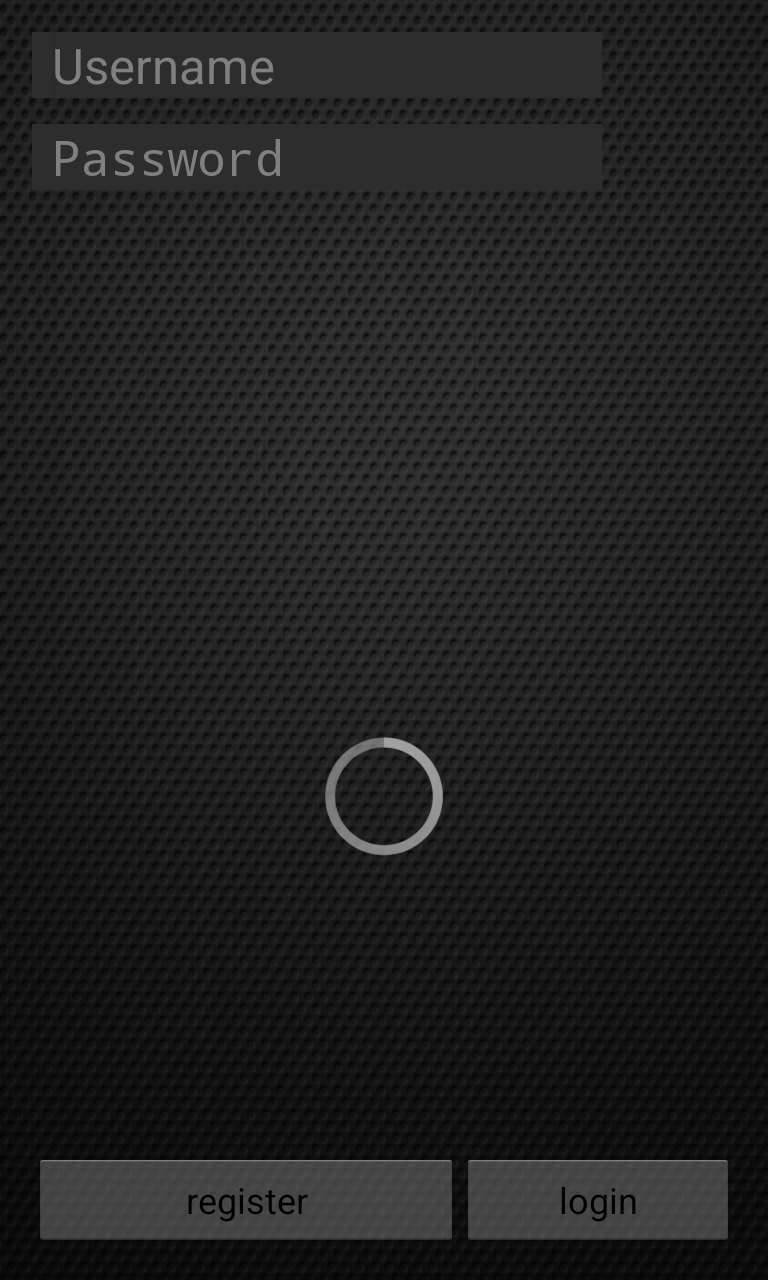
Repository: Jafnee/Android-Walking-Tour
Layout: SRC/Drafts/0.3/fuzzyNinja/PathFinder/res/layout/activity_login.xml
These files come from the project's save history. The layout is drawn as it stood at one moment and after the next save; the edit follows.
It is drawn on a 768 x 1280 px phone screen (xhdpi) without system bars, with theme AppTheme; the app's code is not run.

Above is the layout before, as saved 2013-12-13 00:17:30.

### SRC/Drafts/0.3/fuzzyNinja/PathFinder/res/layout/activity_login.xml
<!--
 - Author: Joshua C Moss
 - Date Created:
 - Date Last Modified:
 - Co Authors:
 - *
 - *
 -->

<RelativeLayout xmlns:android="http://schemas.android.com/apk/res/android"
    xmlns:tools="http://schemas.android.com/tools"
    android:layout_width="match_parent"
    android:layout_height="match_parent"
    android:background="@drawable/backgroundlayer"
    android:gravity="bottom"
    android:paddingBottom="@dimen/activity_vertical_margin"
    android:paddingLeft="@dimen/activity_horizontal_margin"
    android:paddingRight="@dimen/activity_horizontal_margin"
    android:paddingTop="@dimen/activity_vertical_margin"
    tools:context=".ActivityLogin" >

    <Button
        android:id="@+id/btnLogin"
        android:layout_width="wrap_content"
        android:layout_height="wrap_content"
        android:layout_alignBaseline="@+id/BtnRegister"
        android:layout_alignBottom="@+id/BtnRegister"
        android:layout_alignParentRight="true"
        android:layout_toRightOf="@+id/BtnRegister"
        android:onClick="btnLoginClicked"
        android:text="login"
        tools:ignore="HardcodedText" />

    <Button
        android:id="@+id/BtnRegister"
        android:layout_width="wrap_content"
        android:layout_height="wrap_content"
        android:layout_alignParentBottom="true"
        android:layout_alignParentLeft="true"
        android:layout_alignRight="@+id/loginProgress"
        android:onClick="btnRegisterClicked"
        android:text="register"
        tools:ignore="HardcodedText" />

    <ProgressBar
        android:id="@+id/loginProgress"
        style="?android:attr/progressBarStyleLarge"
        android:layout_width="wrap_content"
        android:layout_height="wrap_content"
        android:layout_above="@+id/btnLogin"
        android:layout_centerHorizontal="true"
        android:layout_marginBottom="140dp" />

    <EditText
        android:id="@+id/txtbxUsername"
        android:layout_width="wrap_content"
        android:layout_height="wrap_content"
        android:layout_alignLeft="@+id/txtbxPassword"
        android:layout_alignParentTop="true"
        android:background="@drawable/textfield_background"
        android:ems="10"
        android:hint="Username"
        android:paddingLeft="10dp"
        android:singleLine="true"
        android:textSize="11pt"
        android:typeface="sans"
        tools:ignore="HardcodedText" >

        <requestFocus />
    </EditText>

    <EditText
        android:id="@+id/txtbxPassword"
        android:layout_width="wrap_content"
        android:layout_height="wrap_content"
        android:layout_alignLeft="@+id/BtnRegister"
        android:layout_below="@+id/txtbxUsername"
        android:layout_marginTop="13dp"
        android:background="@drawable/textfield_background"
        android:ems="10"
        android:hint="Password"
        android:inputType="textPassword"
        android:paddingLeft="10dp"
        android:singleLine="true"
        android:textSize="11pt"
        tools:ignore="HardcodedText" />

</RelativeLayout>

Loaded but not shown: SRC/Drafts/0.3/fuzzyNinja/PathFinder/res/values/styles.xml (common file); SRC/Drafts/0.3/fuzzyNinja/PathFinder/res/values-v11/styles.xml (common file); SRC/Drafts/0.3/fuzzyNinja/PathFinder/res/values-v14/styles.xml (common file); SRC/Drafts/0.3/fuzzyNinja/PathFinder/res/values/dimens.xml (common file)

After the next save:
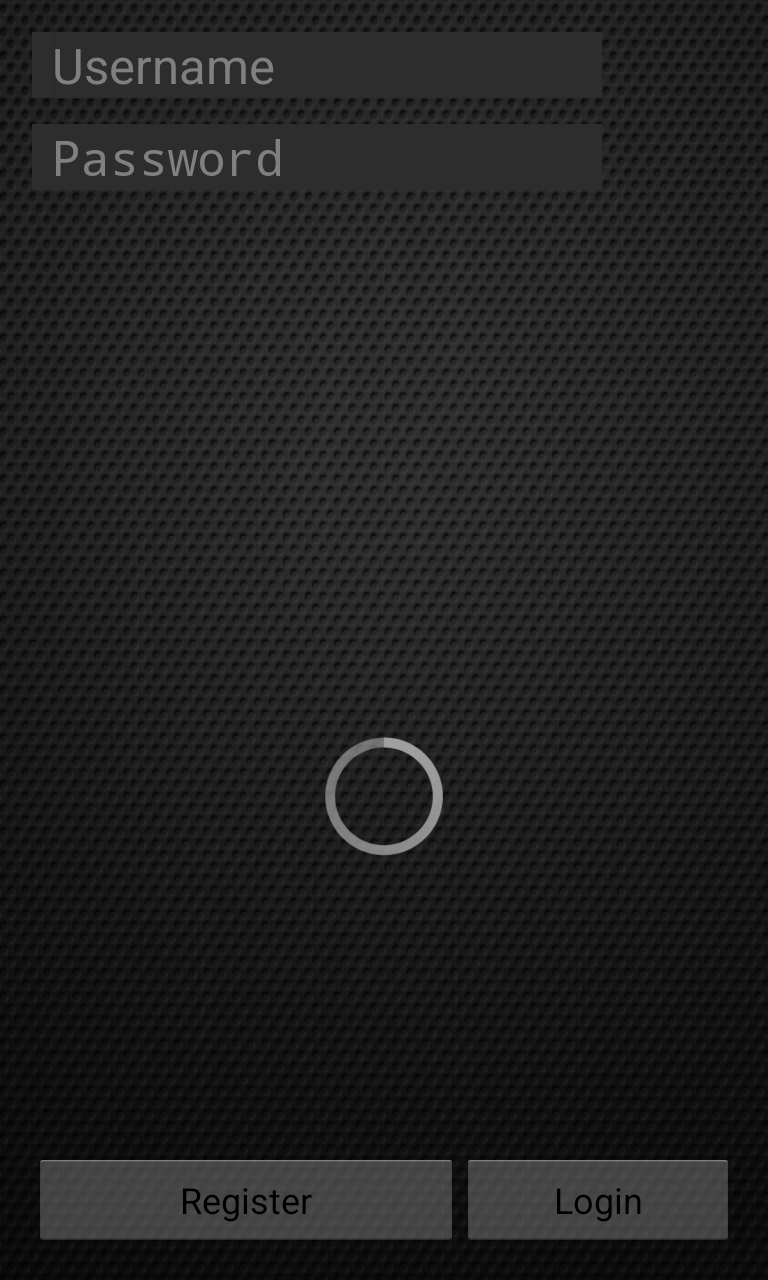
Saved 2 min 29 s later.
--- a/SRC/Drafts/0.3/fuzzyNinja/PathFinder/res/layout/activity_login.xml
+++ b/SRC/Drafts/0.3/fuzzyNinja/PathFinder/res/layout/activity_login.xml
@@ -28,7 +28,7 @@
         android:layout_alignParentRight="true"
         android:layout_toRightOf="@+id/BtnRegister"
         android:onClick="btnLoginClicked"
-        android:text="login"
+        android:text="Login"
         tools:ignore="HardcodedText" />
 
     <Button
@@ -39,7 +39,7 @@
         android:layout_alignParentLeft="true"
         android:layout_alignRight="@+id/loginProgress"
         android:onClick="btnRegisterClicked"
-        android:text="register"
+        android:text="Register"
         tools:ignore="HardcodedText" />
 
     <ProgressBar
